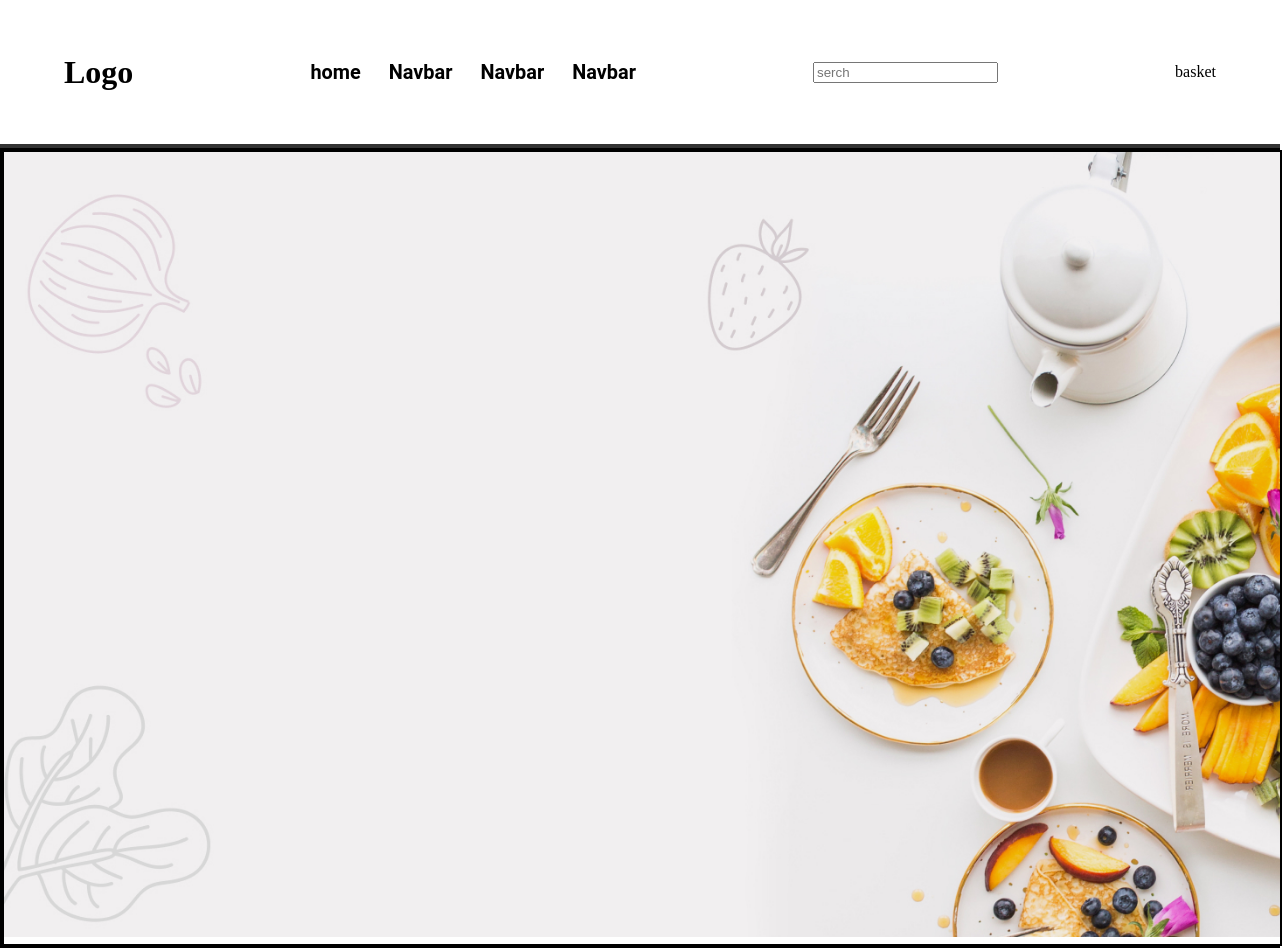
Repository: Islam432/Islam-and-Arsi---team
Page: /
The author's editor kept a copy of each file at every save. The page is drawn from the files as they stood at one save, then again after a run of saves.
The browser window is 1280 px wide. The page is 1282 px wide, then 1280 px, so the pictures cover 1282 px, including what lies to the right of the window. The pictures show the whole page.
The project was rebuilt for these pictures with package versions that can differ from the ones it lists, and the page was loaded fresh each time. Also part of the build but not shown: vite.config.js, src/App.css, src/components/Comp/Comp.jsx.

Above is the page before, as saved 2023-03-11 23:12:04.

After the next 2 saves:
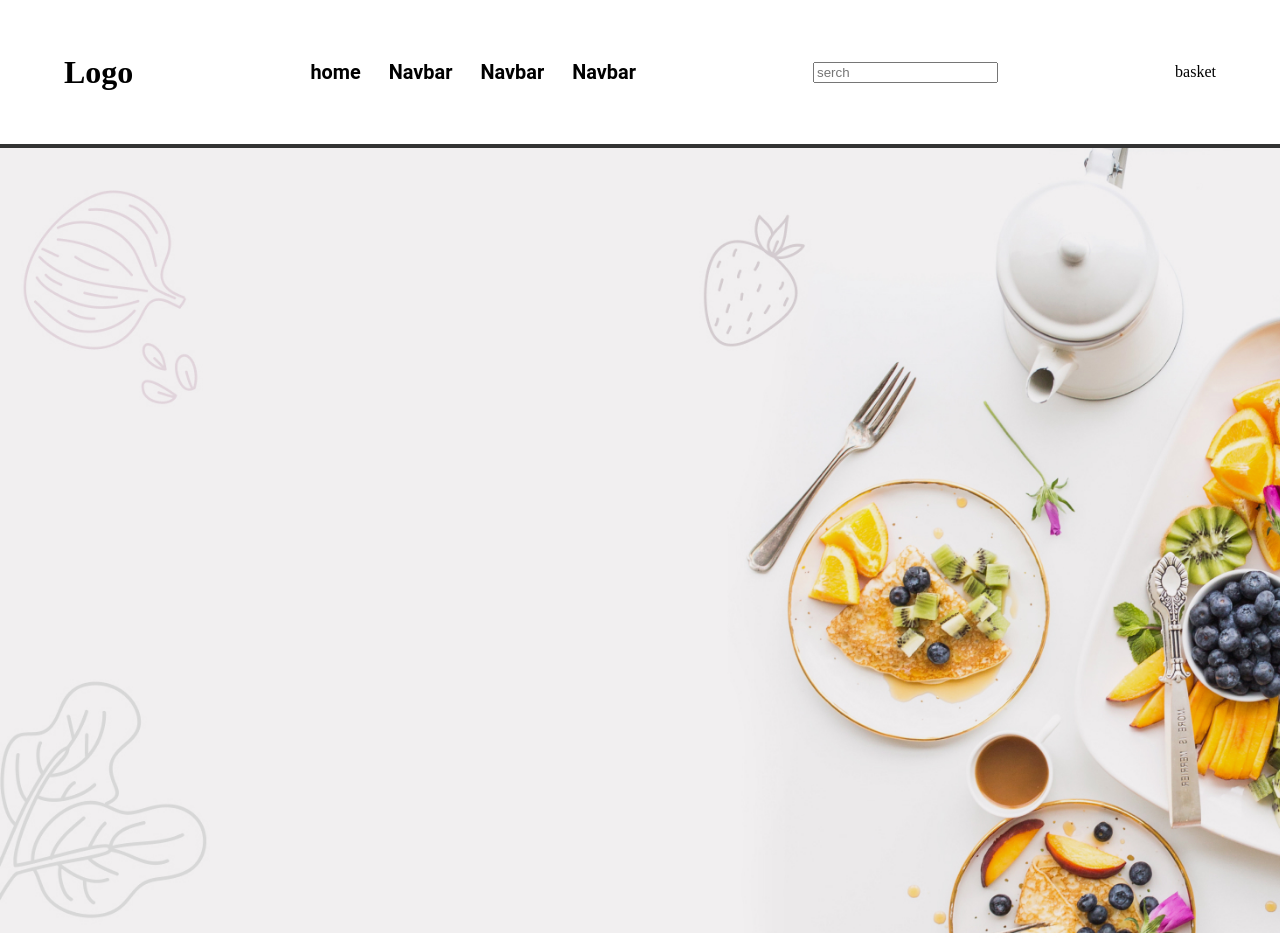
The 2 saves are shown as one change because they came seconds apart.
The last was saved 31 s later.
--- a/src/components/Home/Home.module.css
+++ b/src/components/Home/Home.module.css
@@ -2,13 +2,13 @@
     margin: 0;
 
 
-  border: 2px solid black;
+
 }
 .blok1{
     background-image: url('./Banner.jpg');
   width: 100%;
  object-fit: cover;
 min-height: 110vh;
-    border: 2px solid black;
+
     background-size: cover;
 }
